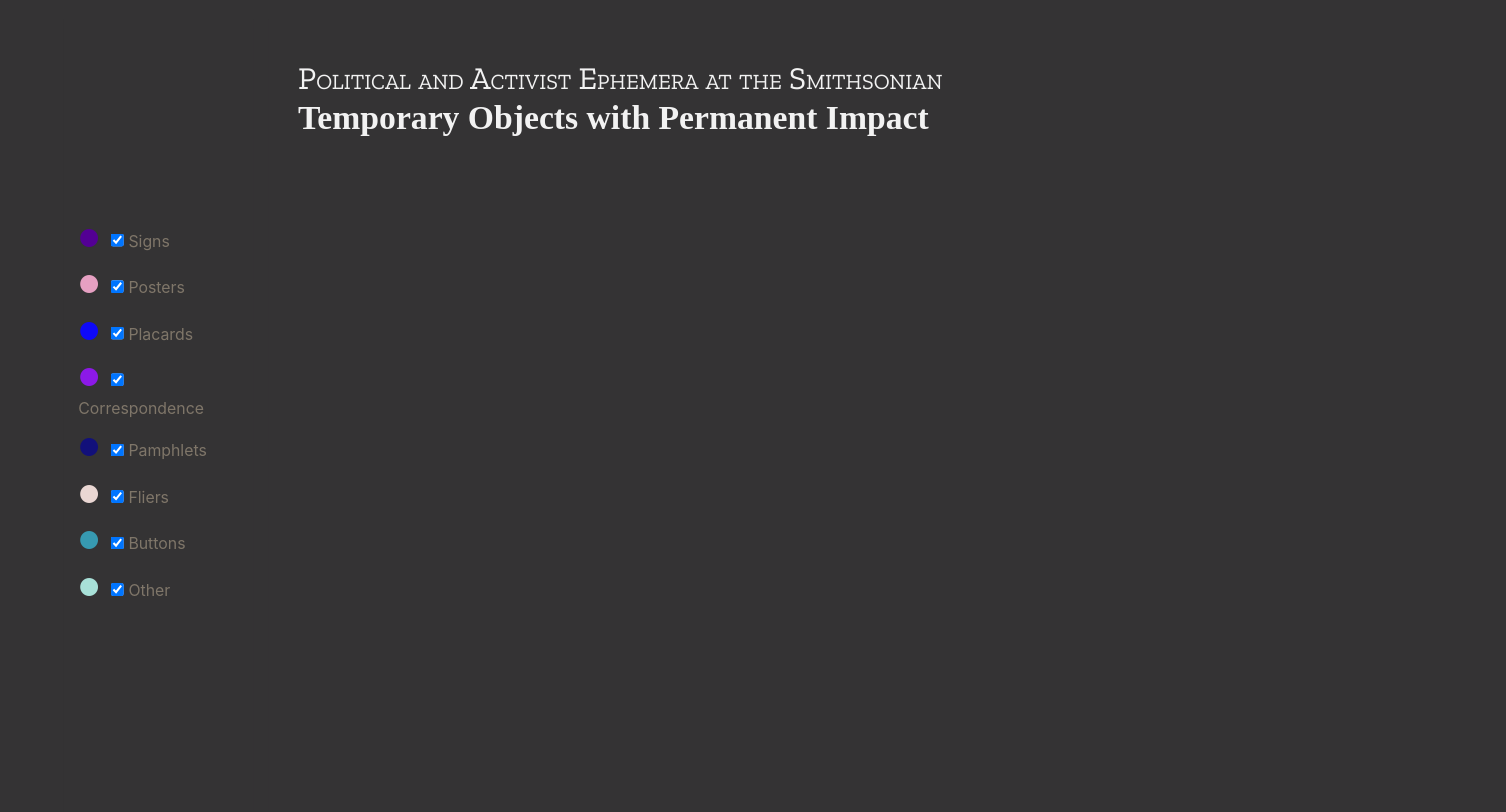
Repository: m0llyc00k/Major-studio-1
Page: Final/index-2.html
The author's editor kept a record of every edit. The page is drawn from the files as they stood at one moment, then again after the next edit.
The browser window is 1280 px wide. The page is 1521 px wide, so the pictures cover 1521 px, including what lies to the right of the window. The pictures show the whole page, at 99% of full size.
The page's requests for data from a server got no answer. Some web fonts or font styles are not loaded; a fallback is used.

Above is the page before.

### Final/index-2.html
<!DOCTYPE html>
<html lang="en">

<head>
    <title>Ephemera at the Smithsonian</title>
    <meta charset="utf-8">
    <meta name="viewport" content="width=device-width, initial-scale=1">
    <link rel="stylesheet" href="https://maxcdn.bootstrapcdn.com/bootstrap/4.5.2/css/bootstrap.min.css">
    <script src="https://ajax.googleapis.com/ajax/libs/jquery/3.5.1/jquery.min.js"></script>
    <script src="https://cdnjs.cloudflare.com/ajax/libs/popper.js/1.16.0/umd/popper.min.js"></script>
    <script src="https://maxcdn.bootstrapcdn.com/bootstrap/4.5.2/js/bootstrap.min.js"></script>
    <link rel="preconnect" href="https://fonts.googleapis.com">
    <link rel="preconnect" href="https://fonts.gstatic.com" crossorigin>
    <link href="https://fonts.googleapis.com/css2?family=Space+Grotesk:wght@300&family=Spartan:wght@100;400&family=Zilla+Slab:ital,wght@0,300;0,400;1,300;1,400&display=swap" rel="stylesheet">
    <link rel="preconnect" href="https://fonts.googleapis.com">
    <link rel="preconnect" href="https://fonts.gstatic.com" crossorigin>
    <link href="https://fonts.googleapis.com/css2?family=Zilla+Slab+Highlight:wght@400;700&display=swap" rel="stylesheet">
    <link rel="stylesheet" href="http://fonts.googleapis.com/css?family=Roboto:300,400,500,700" type="text/css">


    <style type="text/css">
        body {
            background-color: #343334;
            /*background-color: #161616;*/
            /*zoom: reset;*/
        }


        /*.graph {*/
        /*    width: 50%;*/
        /*    background-color: #121212;*/
        /*}*/

        #checkboxes>* {
            font: Roboto;
            font-weight: 400;
            color: #7f7669;
            padding-top: 3px;
            display: block;

        }

        .col-sm-2 {
            background-color: #343334;
            /*padding-left: 20px;*/
            /*border-radius: 25px;*/
            padding-top: 200px;
            padding-right:10px;
        }

        /*.measure-group {*/
        /*    display: grid;*/
        /*}*/


        svg {
            background-color: #343334;
        }
        svganchor {
            padding: 100px;
        }

        .cells path {
            fill: none;
            pointer-events: all;
        }

        div.tooltip {
            position: fixed;
            text-align: left;
            color: #efefef;
            white-space: normal;
            padding: 8px;
            font-size: 14px;
            background: rgb(96, 125, 139);
            border: 1px solid rgb(96, 125, 139);
            border-radius: 2px;
            pointer-events: none;
            cursor: pointer;
        }

        .axis path,
        .axis line {
            fill: none;
            stroke: rgb(96, 125, 139);
            shape-rendering: optimizeSpeed;
        }

        .axis text {
            font: 15px sans-serif;
            color: #7f7669;

        }

        /*.typeSort {}*/


        .container {
            padding-top: 20px;
            max-width: 90%;
        }
    </style>

</head>

<body>

    <div class="container">
        <div class="row">

            <div class="col-sm-2 col-md-offset-2" id="checkboxes">
                <!--<span style="position:relative; top: 5px; font-size: 16px; padding:20px;">Ephemera Type:</span>-->
                <label class="mdl-checkbox mdl-js-checkbox mdl-js-ripple-effect">
                    <span class="mdl-checkbox__label" id="signsColor" style="font-size: 24px; color: #530094;">&#9679;&nbsp;</span>
                    <input type="checkbox" value="signs" class="mdl-checkbox__input typeSort" checked="">    Signs
                </label>
                <label class="mdl-checkbox mdl-js-checkbox mdl-js-ripple-effect">
                    <span class="mdl-checkbox__label" id="postersColor" style="font-size: 24px; color: #A8B1E1;">&#9679;&nbsp;</span>
                    <input type="checkbox" value="posters" class="mdl-checkbox__input typeSort" checked="">    Posters
                </label>
                <label class="mdl-checkbox mdl-js-checkbox mdl-js-ripple-effect">
                    <span class="mdl-checkbox__label" id="placardsColor" style="font-size: 24px; color: #0E09F8;">&#9679;&nbsp;</span>
                    <input type="checkbox" value="placards" class="mdl-checkbox__input typeSort" checked="">    Placards
                </label>
                <label class="mdl-checkbox mdl-js-checkbox mdl-js-ripple-effect">
                     <span class="mdl-checkbox__label" id="correspondenceColor" style="font-size: 24px; color: #8C19E7;">&#9679;&nbsp;</span>
                    <input type="checkbox" value="correspondence" class="mdl-checkbox__input typeSort" checked="">    Correspondence
                </label>
                <label class="mdl-checkbox mdl-js-checkbox mdl-js-ripple-effect">
                     <span class="mdl-checkbox__label" id="pamphletsColor" style="font-size: 24px; color: #12107A;">&#9679;&nbsp;</span>
                    <input type="checkbox" value="pamphlets" class="mdl-checkbox__input typeSort" checked="">    Pamphlets
                </label>
                <label class="mdl-checkbox mdl-js-checkbox mdl-js-ripple-effect">
                     <span class="mdl-checkbox__label" id="fliersColor" style="font-size: 24px; color: #8387F5;">&#9679;&nbsp;</span>
                    <input type="checkbox" value="fliers" class="mdl-checkbox__input typeSort" checked="">    Fliers
                </label>
                <label class="mdl-checkbox mdl-js-checkbox mdl-js-ripple-effect">
                    <span class="mdl-checkbox__label" id="buttonsColor" style="font-size: 24px; color: #936C85;">&#9679;&nbsp;</span>
                    <input type="checkbox" value="buttons" class="mdl-checkbox__input typeSort" checked="">  Buttons
                </label>
                <label class="mdl-checkbox mdl-js-checkbox mdl-js-ripple-effect">
                    <span class="mdl-checkbox__label" id="otherColor" style="font-size: 24px; color: #A8E1D8;">&#9679;&nbsp;</span>
                    <input type="checkbox" value="other" class="mdl-checkbox__input typeSort" checked="">    Other
                </label>


                <!--<div class="legendButtons" data-toggle="colorOrImage">-->
                <!--            <button onclick="changeColor()">by Color</button> -->
                <!--            <button onclick="changeImage()">by Image</button>-->
                <!--<button type="button" onclick="changeColor()" id="color" class="measure mdl-button mdl-js-button mdl-button--raised mdl-button--colored" value="typeSort">Type by Color</button> </br>-->
                <!--<button type="button" onclick="changeImage()" id="image" class="measure mdl-button mdl-js-button mdl-button--raised mdl-button--colored" value="primaryImage">Type by Image</button>-->
                <!--</div>-->
                <!--<div class="scale-group" data-toggle="buttons-radio">-->
                <!--    <button type="button" class="scale mdl-button mdl-js-button mdl-button--raised mdl-button--colored" value="scaleLinear">Linear Scale</button>-->
                <!--    <button type="button" class="scale mdl-button mdl-js-button mdl-button--raised mdl-button--colored" value="scaleLog">Log Scale</button>-->
                <!--</div>-->

            </div>

            <div class="col col-lg-10" id="svganchor"></div>

        </div></div>


        <script src="https://d3js.org/d3.v5.min.js"></script>
        <script src="beeswarm-2.js"></script>

</body>

</html>

### Qualitative/examples-beeswarm/beeswarm-2.js
let height = 800;
let width = 1250;
let margin = ({top: 40, right: 40, bottom: 34, left: 40});
let allDates = [];

// Data structure describing chart scales
let Scales = {
    lin: "scaleLinear",
    log: "scaleLog"
};

// Data structure describing volume of displayed data
let Count = {
    dateSort: "dateSort",
};

// Data structure describing legend fields value
let Legend = {
    dateSort: "dateSort",
};

let chartState = {};

chartState.measure = Count.dateSort;
chartState.scale = Scales.lin;
chartState.legend = Legend.dateSort;


// Colors used for circles depending on typeSort
let colors = d3.scaleOrdinal()
    .domain(["buttons", "signs", "posters", "placards", "correspondence", "pamphlets", "fliers", "other"])
    .range(['#379AB1','#530094','#E6A0C2','#0E09F8','#8C19E7','#12107A', '#EAD7D3', '#A8E1D8']);

    //#009392,#72aaa1,#b1c7b3,#f1eac8,#e5b9ad,#d98994,#d0587e
    //#A16928,#bd925a,#d6bd8d,#edeac2,#b5c8b8,#79a7ac,#2887a1

d3.select("#buttonsColor").style("color", colors("buttons"));
d3.select("#signsColor").style("color", colors("signs"));
d3.select("#postersColor").style("color", colors("posters"));
d3.select("#placardsColor").style("color", colors("placards"));
d3.select("#correspondenceColor").style("color", colors("correspondence"));
d3.select("#pamphletsColor").style("color", colors("pamphlets"));
d3.select("#fliersColor").style("color", colors("fliers"));
d3.select("#otherColor").style("color", colors("other"));


let svg = d3.select("#svganchor")
    .append("svg")
    .attr("width", width)
    .attr("height", height)

svg.append("text")
        .attr("x", 30)
        .attr("y", 70)
        .attr("text-anchor", "left")
        .style("font-size", "32px")
        .style("fill", "#f2f2f2")
        .style("font-family", "Zilla Slab")
        .style("font-variant", "small-caps")
        .text("Political and Activist Ephemera at the Smithsonian");

// Add subtitle to graph
svg.append("text")
        .attr("x", 30)
        .attr("y", 110)
        .attr("text-anchor", "left")
        .style("font-size", "34px")
        .style("fill", "#f2f2f2")
        .style("max-width", 400)
        .style("font-family", "Zilla Slab Highlight")
        .style("font-weight", 700)
        .text("Temporary Objects with Permanent Impact");



let xScale = d3.scaleLinear()
    .domain(allDates.map(d => d.dateSort))
    .range([margin.left, width - margin.right])

svg.append("g")
    .attr("class", "x axis")
    .attr("transform", "translate(0," + (height - margin.bottom) + ")")


// Create line that connects circle and X axis
let xLine = svg.append("line")
    .attr("stroke", "rgb(96,125,139)")
    .attr("stroke-dasharray", "3,4")
    .attr("stroke-width", "2");

// Create tooltip div and make it invisible
let tooltip = d3.select("#svganchor").append("div")
    .attr("class", "tooltip")
    .style("opacity", 0);

let tooltip2 = d3.select("#svganchor").append("div")
    .attr("class", "tooltip")
    .style("opacity", 0);

// Load and process data
d3.csv("https://raw.githubusercontent.com/m0llyc00k/major-studio-1/main/Qualitative/examples-beeswarm/beeswarm-data-new-Images.csv").then(function (data) {

    let dataSet = data;

    redraw();



    // Trigger filter function whenever checkbox is ticked/unticked
    d3.selectAll("input").on("change", filter);

    function redraw() {

        // Set scale type based on button clicked
        if (chartState.scale === Scales.lin) {
            xScale = d3.scaleLinear().range([ margin.left, width - margin.right ])
        }

        if (chartState.scale === Scales.log) {
            xScale = d3.scaleLog().range([ margin.left, width - margin.right ]);
        }

        xScale.domain(d3.extent(dataSet, function(d) {
            return +d[chartState.measure];
        }));

//set x axis
        let xAxis = d3.axisBottom(xScale)
                .ticks(12, ".0f");


        d3.transition(svg).select(".x.axis")
            .transition()
            .duration(1000)
            .call(xAxis);

        // Create simulation with specified dataset
        let simulation = d3.forceSimulation(dataSet)
            // Apply positioning force to push nodes towards desired position along X axis
            .force("x", d3.forceX(function(d) {
                // Mapping of values from date/perCapita column of dataset to range of SVG chart (<margin.left, margin.right>)
                return xScale(+d[chartState.measure]);  // This is the desired position
            }).strength(8))  // Increase velocity
            .force("y", d3.forceY((height / 1.75) - margin.bottom))  // // Apply positioning force to push nodes towards center along Y axis
            .force("collide", d3.forceCollide(14)) // Apply collision force with radius of 9 - keeps nodes centers 9 pixels apart
            .stop();  // Stop simulation from starting automatically

        // Manually run simulation
        for (let i = 0; i < dataSet.length; ++i) {
            simulation.tick(5);
        }


// function changeColor() {

        // Create ephemera circles
        let titleCircles = svg.selectAll(".title")
            .data(dataSet, function(d) { return d.title });

        titleCircles.exit()
            .transition()
            .duration(1000)
            .attr("cx", 0)
            .attr("cy", (height / 2) - margin.bottom / 2)
            .remove();

        titleCircles.enter()
            .append("circle")
            .attr("class", "title")
            .attr("cx", width - margin.right)
            .attr("cy", (height) - margin.bottom)
            .attr("r", 13)
            .attr("fill", function(d){ return colors(d.typeSort)})
            .merge(titleCircles)
            .transition()
            .duration(2000)
            .attr("cx", function(d) { return d.x; })
            .attr("cy", function(d) { return d.y; });

// }



// function changeImage (){

// var images = svg.selectAll(".primaryImage")
//             .data(dataSet, function(d) { return d.primaryImage });

//         images.exit()
//             .transition()
//             .duration(1000)
//             .attr("x", 0)
//             .attr("y", (height) - margin.bottom)
//             .remove()



//         images.enter()
//             .append("image")
//             .attr("xlink:href", function(d) { return d.primaryImage;})
//             .attr("width", 26)
//             .attr("height", 26)
//             .attr("x", width - margin.right / 2)
//             .attr("y", (height) - margin.bottom / 2)
//             .merge(images)
//             .transition()
//             .duration(2000)
//             .attr("x", function(d) { return d.x; })
//             .attr("y", function(d) { return d.y; });

// }



        // Show tooltip when hovering over circle (data for respective country)
        d3.selectAll(".title").on("mousemove", function(d) {
            tooltip.html(`<div id="textTooltip">
                          <strong>${d.title}</strong><br>
                          ${d.typeTrue}<br>
                          <strong>${d.dateTrue}</strong><br>
                          </div>
                          <div id="imageTooltip" float:right>
                          <img src="${d.primaryImage}" alt="image here">
                          </div>
                          `)
                // .style('top', d3.event.pageY - 1 + 5 + 'px')
                // .style('left', d3.event.pageX + 1 + 10 + 'px')
                .style("opacity", 0.9)
                .style("left", d3.select(this).attr("cx") + "px")
                .style("top", d3.select(this).attr("cy") + "px");




            xLine.attr("x1", d3.select(this).attr("cx"))
                .attr("y1", d3.select(this).attr("cy"))
                .attr("y2", (height - margin.bottom))
                .attr("x2",  d3.select(this).attr("cx"))
                .attr("opacity", 1)


        }).on("mouseout", function(_) {
            tooltip.style("opacity", 0);
            xLine.attr("opacity", 0);
        });

    }

    // Filter data based on which checkboxes are ticked
    function filter() {

        function getCheckedBoxes(checkboxName) {

            let checkboxes = d3.selectAll(checkboxName).nodes();
            let checkboxesChecked = [];
            for (let i = 0; i < checkboxes.length; i++) {
                if (checkboxes[i].checked) {
                    checkboxesChecked.push(checkboxes[i].defaultValue);
                }
            }
            return checkboxesChecked.length > 0 ? checkboxesChecked : null;
        }

        let checkedBoxes = getCheckedBoxes(".typeSort");

        let newData = [];

        if (checkedBoxes == null) {
            dataSet = newData;
            redraw();
            return;
        }

        for (let i = 0; i < checkedBoxes.length; i++){
            let newArray = data.filter(function(d) {
                return d.typeSort === checkedBoxes[i];
            });
            Array.prototype.push.apply(newData, newArray);
        }

        dataSet = newData;
        redraw();
    }

}).catch(function (error) {
    if (error) throw error;
});

After the next edit:
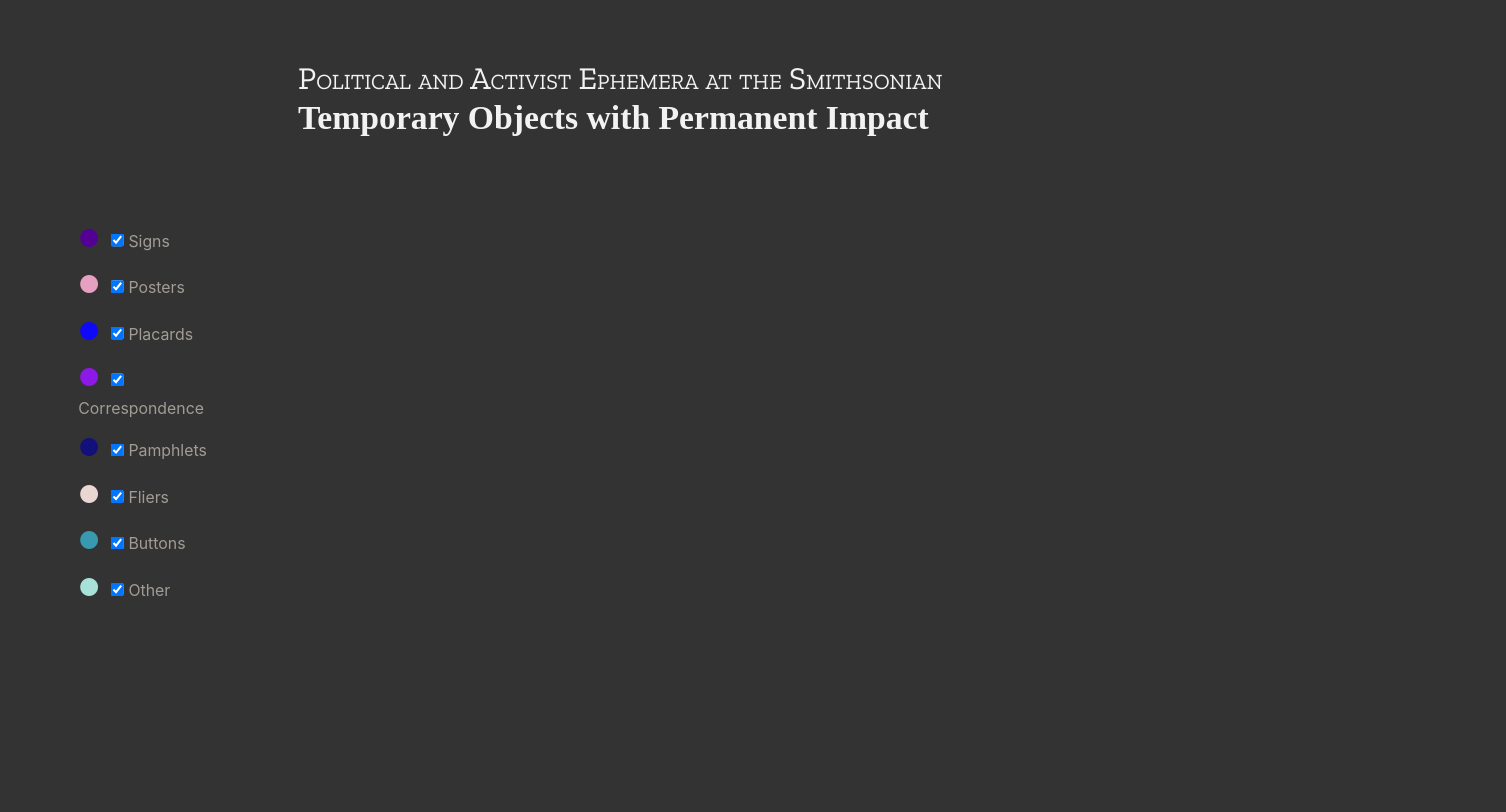
The edit:
--- a/Final/index-2.html
+++ b/Final/index-2.html
@@ -34,7 +34,7 @@
         #checkboxes>* {
             font: Roboto;
             font-weight: 400;
-            color: #7f7669;
+            color: #a19d94;
             padding-top: 3px;
             display: block;
 
